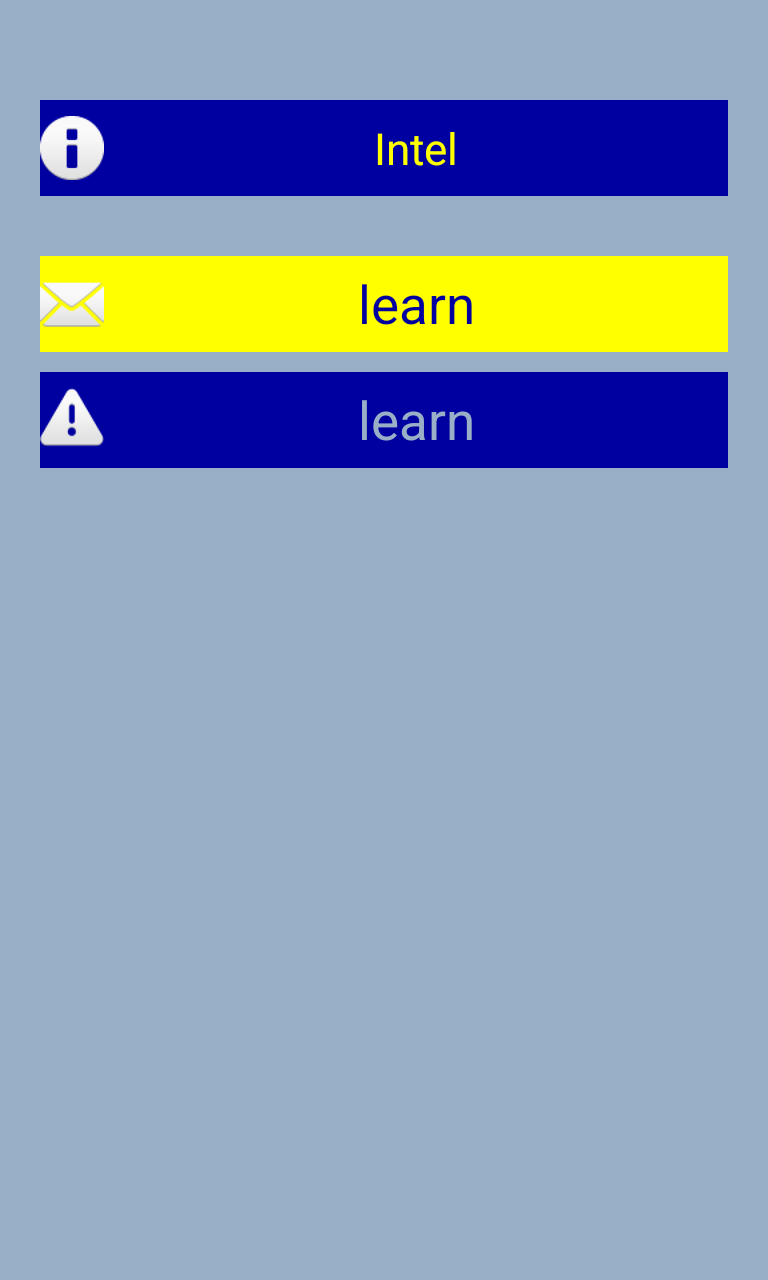
Repository: njiiriJohnii/Android-projects
Layout: mCampus/res/layout/activity_main.xml
These files come from the project's save history. The layout is drawn as it stood at one moment and after the next save; the edit follows.
It is drawn on a 768 x 1280 px phone screen (xhdpi) without system bars, with theme AppTheme; the app's code is not run. The app's manifest (not shown) leaves right-to-left support off. So textAlignment, textDirection and layoutDirection are ignored, and left and right values win over start and end ones.

Above is the layout before, as saved 2014-05-27 12:32:13.

### mCampus/res/layout/activity_main.xml

<LinearLayout  xmlns:android="http://schemas.android.com/apk/res/android"
    android:layout_width="fill_parent"
    android:layout_height="fill_parent"
    android:orientation="vertical"
    android:background="#98AFC7">
    <Button
        android:layout_width="fill_parent"
        android:layout_height="wrap_content"
        android:text="Intel"
        android:layout_marginTop="50dp"
        android:textColor="#FFFF00"
        android:textSize="10pt"
        android:layout_marginRight="20dp"
        android:layout_marginLeft="20dp"
        android:background="#0000A0"
        android:drawableLeft="@android:drawable/ic_dialog_info"
        />
    <Button
        android:layout_width="fill_parent"
        android:layout_height="wrap_content"
        android:text="learn"
        android:layout_marginTop="30dp"
        android:textColor="#0000A0"
        android:textSize="12pt"
        android:layout_marginRight="20dp"
          android:layout_marginLeft="20dp"
        android:background="#FFFF00"
        android:drawableStart="@android:drawable/ic_dialog_email"
        />
       <Button
        android:layout_width="fill_parent"
        android:layout_height="wrap_content"
        android:text="learn"
        android:layout_marginTop="10dp"
        android:textColor="#98AFC7"
        android:textSize="12pt"
        android:layout_marginRight="20dp"
          android:layout_marginLeft="20dp"
        android:background="#0000A0"
        android:drawableStart="@android:drawable/ic_dialog_alert"
        />


</LinearLayout>

Loaded but not shown: mCampus/res/values/styles.xml (common file); mCampus/res/values-v11/styles.xml (common file); mCampus/res/values-v14/styles.xml (common file)

After the next save:
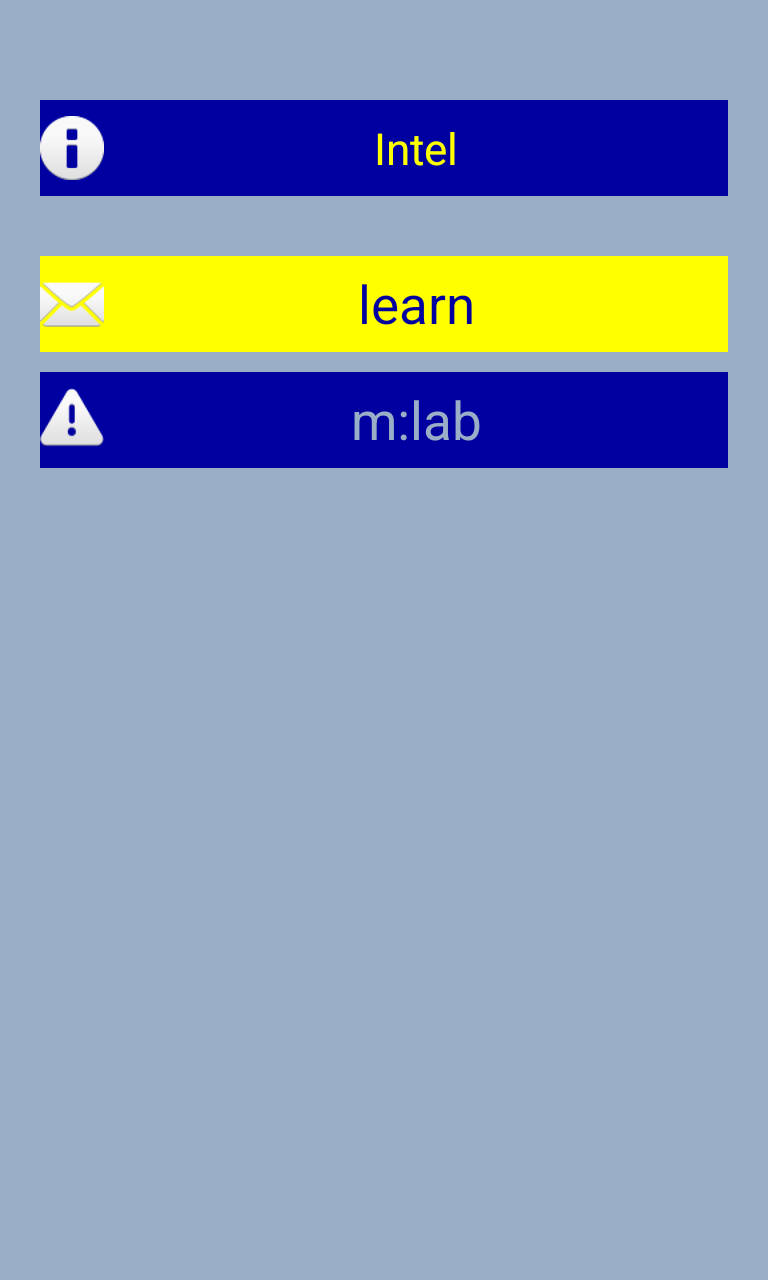
Saved 56 s later.
--- a/mCampus/res/layout/activity_main.xml
+++ b/mCampus/res/layout/activity_main.xml
@@ -31,7 +31,7 @@
        <Button
         android:layout_width="fill_parent"
         android:layout_height="wrap_content"
-        android:text="learn"
+        android:text="m:lab"
         android:layout_marginTop="10dp"
         android:textColor="#98AFC7"
         android:textSize="12pt"
